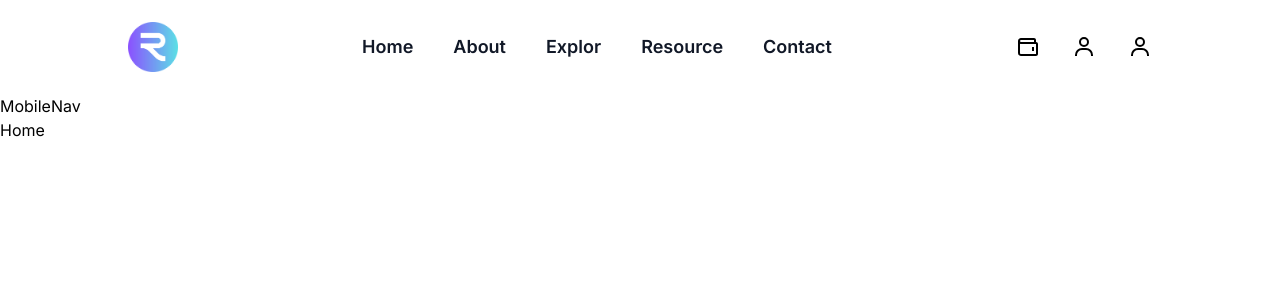
Repository: longblue2910/rimdasilva-ui
Page: /
An editor plug-in stored every save of this project. The page is shown before and after a run of saves, followed by the edit.
The browser window is 1280 px wide. The pictures show the whole page.
The project was rebuilt for these pictures with package versions that can differ from the ones it lists, and the page was loaded fresh each time. The framework's server and built-in components were replaced by stand-ins that run in the browser. Also part of the build but not shown: next.config.mjs.

Above is the page before, as saved 2024-08-09 14:25:33.

### app/layout.tsx
import type { Metadata } from "next";
import { Inter } from "next/font/google";
import "./globals.css";
import ReponsiveNav from "@/components/Home/Navbar/ReponsiveNav";

const inter = Inter({ subsets: ["vietnamese"] });

export const metadata: Metadata = {
  title: "Rimdasilva Dev Blog",
  description: "Rimdasilva Dev Blog",
};

export default function RootLayout({
  children,
}: Readonly<{
  children: React.ReactNode;
}>) {
  return (
    <html lang="en">
      <body className={inter.className}>
        <ReponsiveNav />
        {children}
      </body>
    </html>
  );
}

### app/page.tsx
import Home from "@/components/Home/Home";

const HomePage = () => {
  return (
    <div>
      <Home />
    </div>
  );
};

export default HomePage;

### components/Home/Navbar/ReponsiveNav.tsx
import React from "react";
import Nav from "./Nav";
import MobileNav from "./MobileNav";

const ReponsiveNav = () => {
  return (
    <>
      <Nav />
      <MobileNav />
    </>
  );
};

export default ReponsiveNav;

### components/Home/Navbar/Nav.tsx
import { navLinks } from "@/constant/Constant";
import Image from "next/image";
import Link from "next/link";
import React from "react";
import { BiUser, BiWallet } from "react-icons/bi";

const Nav = () => {
  return (
    <div className="w-full h-[13vh]">
      <div className="w-[95%] sm:w-[85%] md:w-[80%] h-full mx-auto flex items-center justify-between">
        {/* Logo */}
        <Image
          src="/images/logo.png"
          alt="Logo"
          width={50}
          objectFit="cover"
          height={50}
        />

        {/* Nav Links */}
        <div className="lg:flex hidden items-center space-x-10 hover:text-blue-800 transition-all duration-200 text-gray-900">
          {navLinks.map((link) => {
            return (
              <Link href={link.url} key={link.id}>
                <p className="text-lg font-semibold cursor-pointer">
                  {link.label}
                </p>
              </Link>
            );
          })}
        </div>

        {/* Icons */}
        <div className="flex items-center space-x-8">
          <BiWallet className="w-6 h-6 cursor-pointer hover:text-red-600 " />
          <BiUser className="w-6 h-6 cursor-pointer hover:text-red-600 " />
          <BiUser className="w-6 h-6 cursor-pointer hover:text-red-600 " />
        </div>
      </div>
    </div>
  );
};

export default Nav;

### constant/Constant.ts
export const navLinks = [
  {
    id: 1,
    url: "#",
    label: "Home",
  },
  {
    id: 2,
    url: "#",
    label: "About",
  },
  {
    id: 3,
    url: "#",
    label: "Explor",
  },
  {
    id: 4,
    url: "#",
    label: "Resource",
  },
  {
    id: 5,
    url: "#",
    label: "Contact",
  },
];

Loaded but not shown: app/globals.css (common file); components/Home/Home.tsx (common file); components/Home/Navbar/MobileNav.tsx (common file); tailwind.config.ts (common file)

After the next 8 saves:
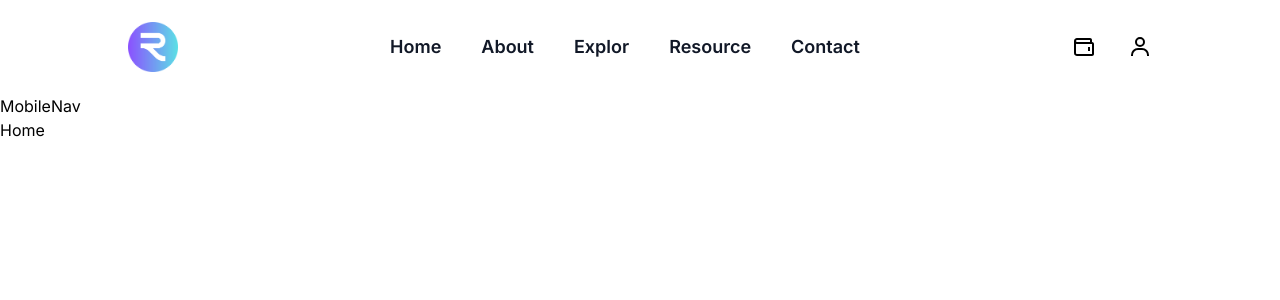
The 8 saves are shown as one change because 5 did not build or start and some came seconds apart.
The last was saved 56 s later.
--- a/components/Home/Navbar/Nav.tsx
+++ b/components/Home/Navbar/Nav.tsx
@@ -3,6 +3,7 @@ import Image from "next/image";
 import Link from "next/link";
 import React from "react";
 import { BiUser, BiWallet } from "react-icons/bi";
+import { FaBars } from "react-icons/fa";
 
 const Nav = () => {
   return (
@@ -34,7 +35,7 @@ const Nav = () => {
         <div className="flex items-center space-x-8">
           <BiWallet className="w-6 h-6 cursor-pointer hover:text-red-600 " />
           <BiUser className="w-6 h-6 cursor-pointer hover:text-red-600 " />
-          <BiUser className="w-6 h-6 cursor-pointer hover:text-red-600 " />
+          <FaBars className="lg:hidden w-6 h-6 cursor-pointer hover:text-red-600 " />
         </div>
       </div>
     </div>
